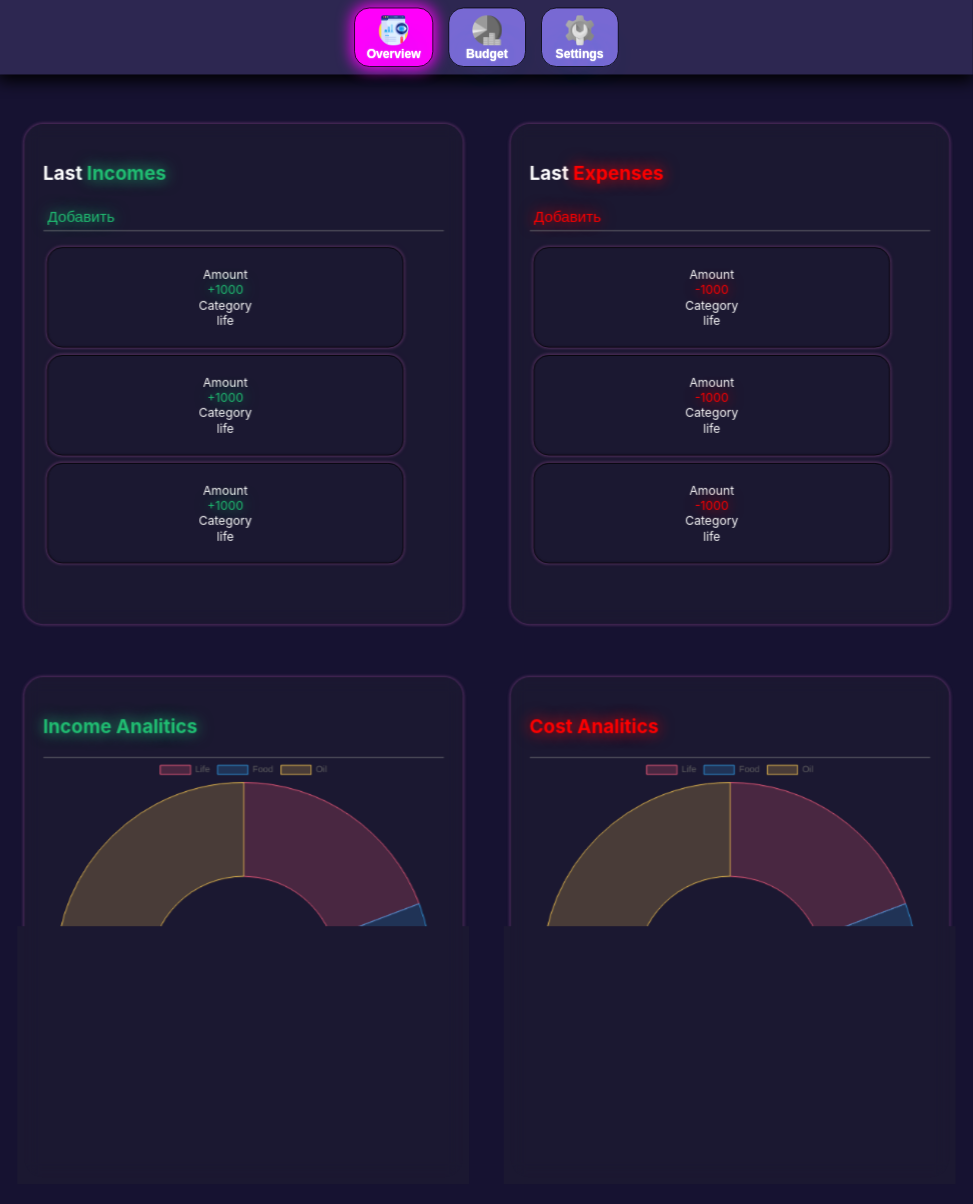
Repository: Minkeani/Money-Manager
Page: /Overview
The author's editor kept a copy of each file at every save. The page is drawn from the files as they stood at one save, then again after the next save.
The browser window is 1280 px wide. The pictures show the whole page, at 76% of full size.
The project was rebuilt for these pictures with package versions that can differ from the ones it lists, and the page was loaded fresh each time. Also part of the build but not shown: src/components/Budget/Budget.module.css, src/components/Budget/Budget.jsx, src/components/Settings/Settings.jsx, src/components/NotFound/NotFound.module.css, src/components/NotFound/NotFound.jsx.

Above is the page before, as saved 2022-07-17 19:00:39.

After the next save:
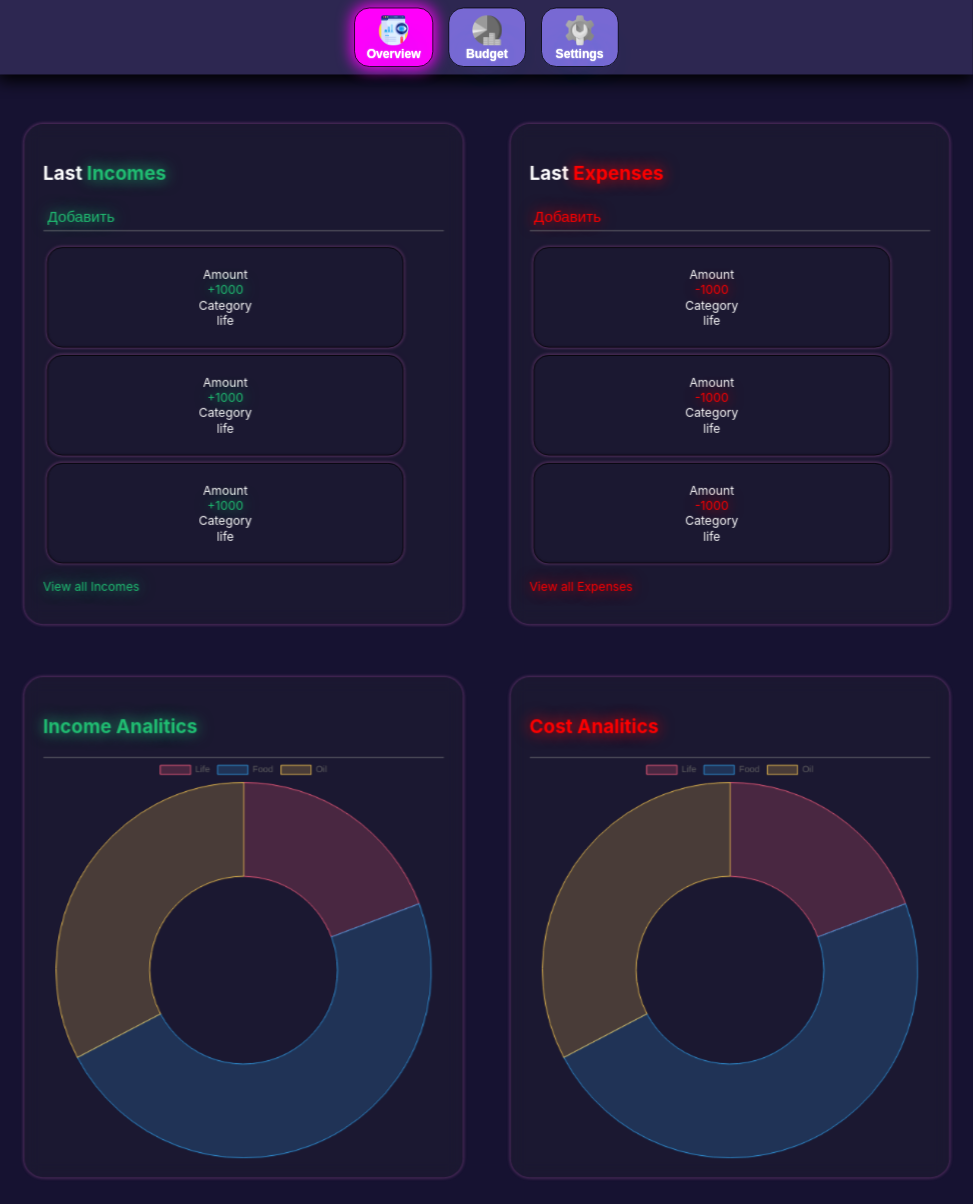
Saved 2 min 48 s later.
--- a/src/components/OverviewBlocks/OverviewBlock/OverviewBlock.jsx
+++ b/src/components/OverviewBlocks/OverviewBlock/OverviewBlock.jsx
@@ -20,6 +20,7 @@ const OverviewBlock = () => {
                                         <li><div className={styles.listCont}> Amount<span className={classes === 'money' ? styles.money : styles.Remoney}>{sign}{money}</span> Category <span>{category}</span></div></li>
                                     ))}
                             </ul>
+                            <div><span className={classes === 'money' ? styles.money : styles.Remoney}>View all {type}</span></div>
                         </div>
             )
             )}
